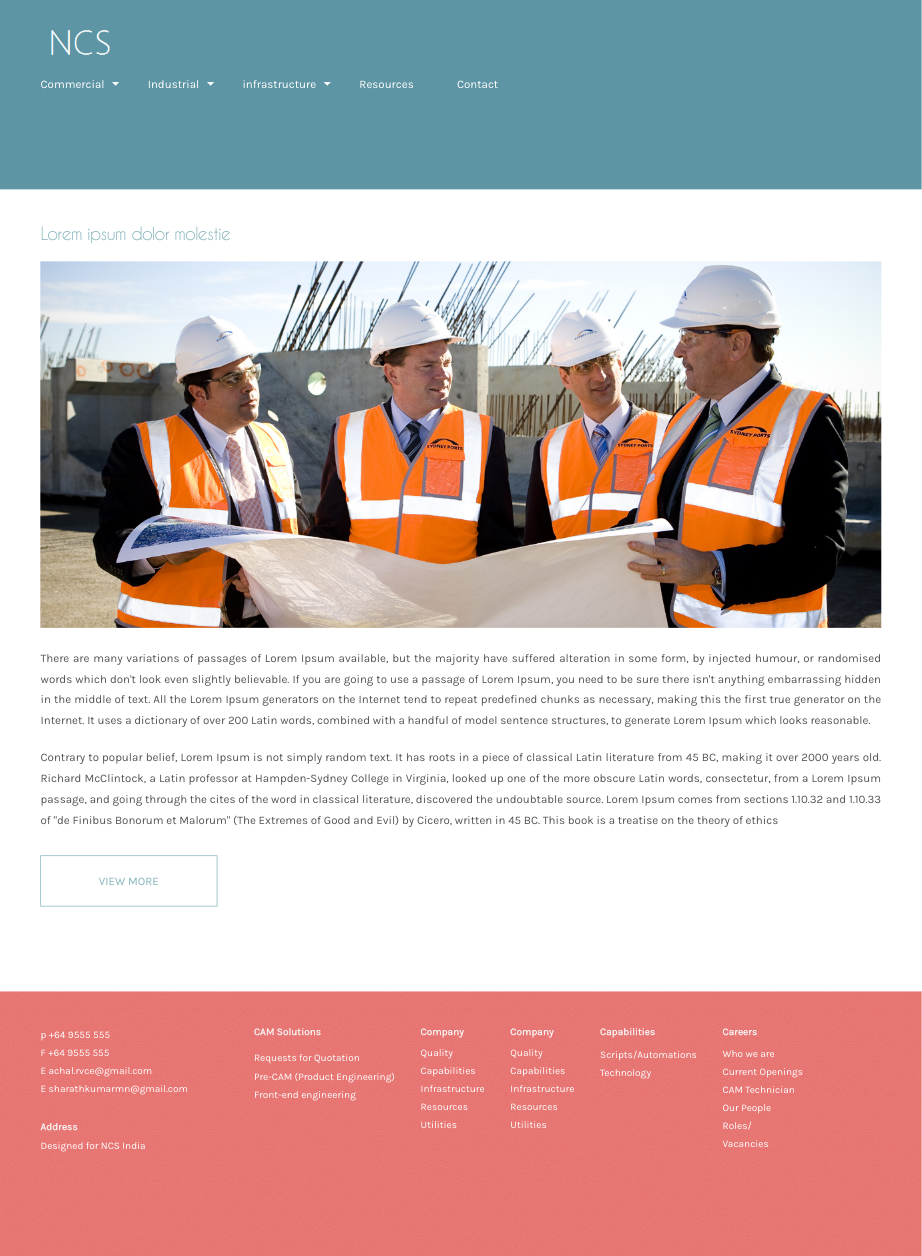
Repository: achalbi/NCS_demo
Page: public/details.html
The author's editor kept a record of every edit. The page is drawn from the files as they stood at one moment, then again after the next edit.
The browser window is 1280 px wide. The pictures show the whole page, at 72% of full size.

Above is the page before.

After the next edit:
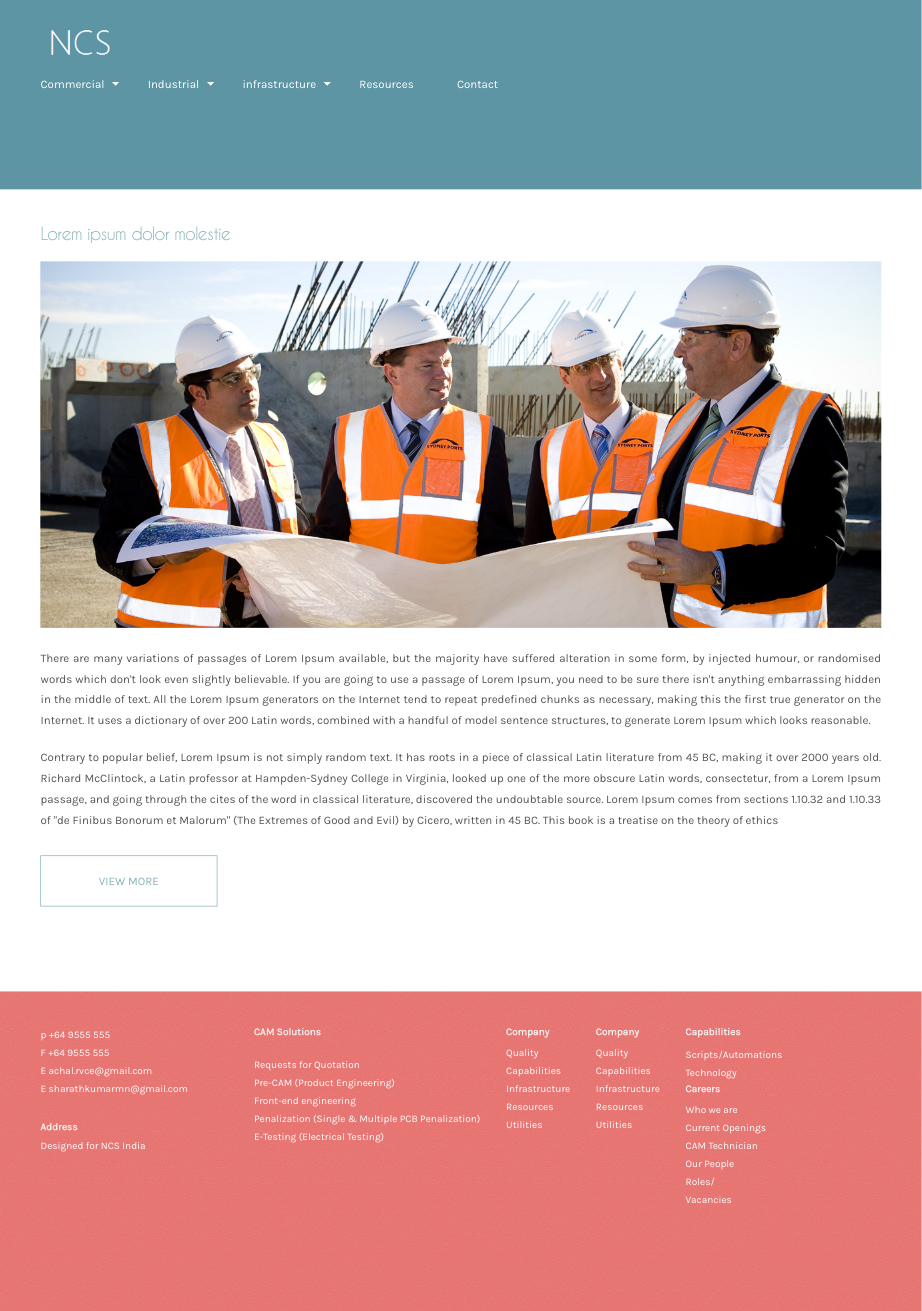
The edit:
--- a/public/details.html
+++ b/public/details.html
@@ -102,6 +102,8 @@
 					<li><a href="">Requests for Quotation </a></li>
 					<li><a href="">Pre-CAM (Product Engineering) </a></li>
 					<li><a href="">Front-end engineering</a></li>
+					<li><a href="">Penalization (Single & Multiple PCB Penalization)</a></li>
+					<li><a href="">E-Testing (Electrical Testing)</a></li>
 				</ul>
 			</div>
 			<div class="f_grid2 left">
